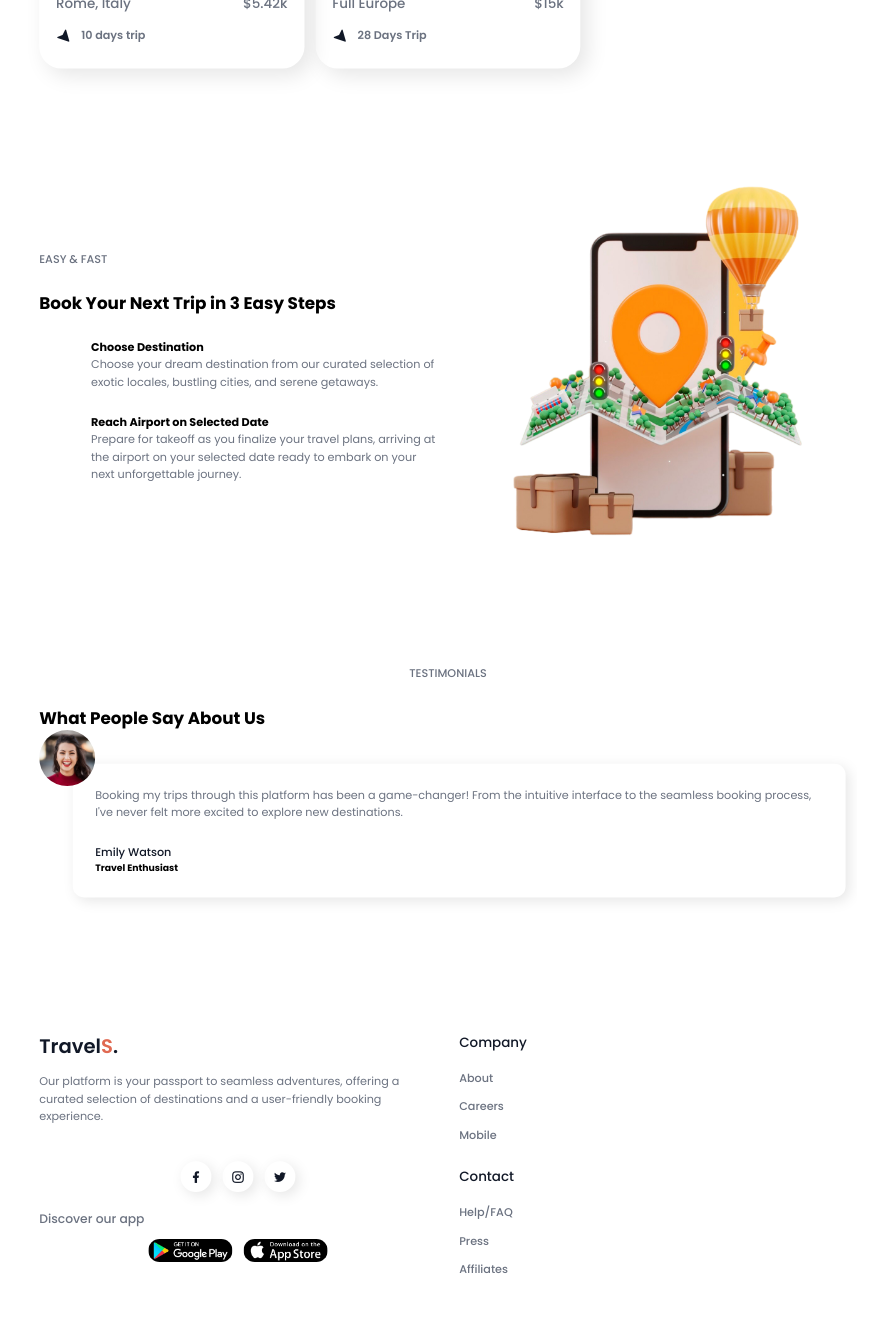
Repository: ntandomagana/travel-website
Page: index.html
These files come from the project's save history. The page is drawn as it stood at one moment and after a run of saves; the edit follows.
The browser window is 1280 px wide. The pictures show the part of the page from y = 2160 to 4080 px (the page is 4119 px tall), at 70% of full size.

Above is the page before, as saved 2024-05-07 14:40:09.

After the next 2 saves:
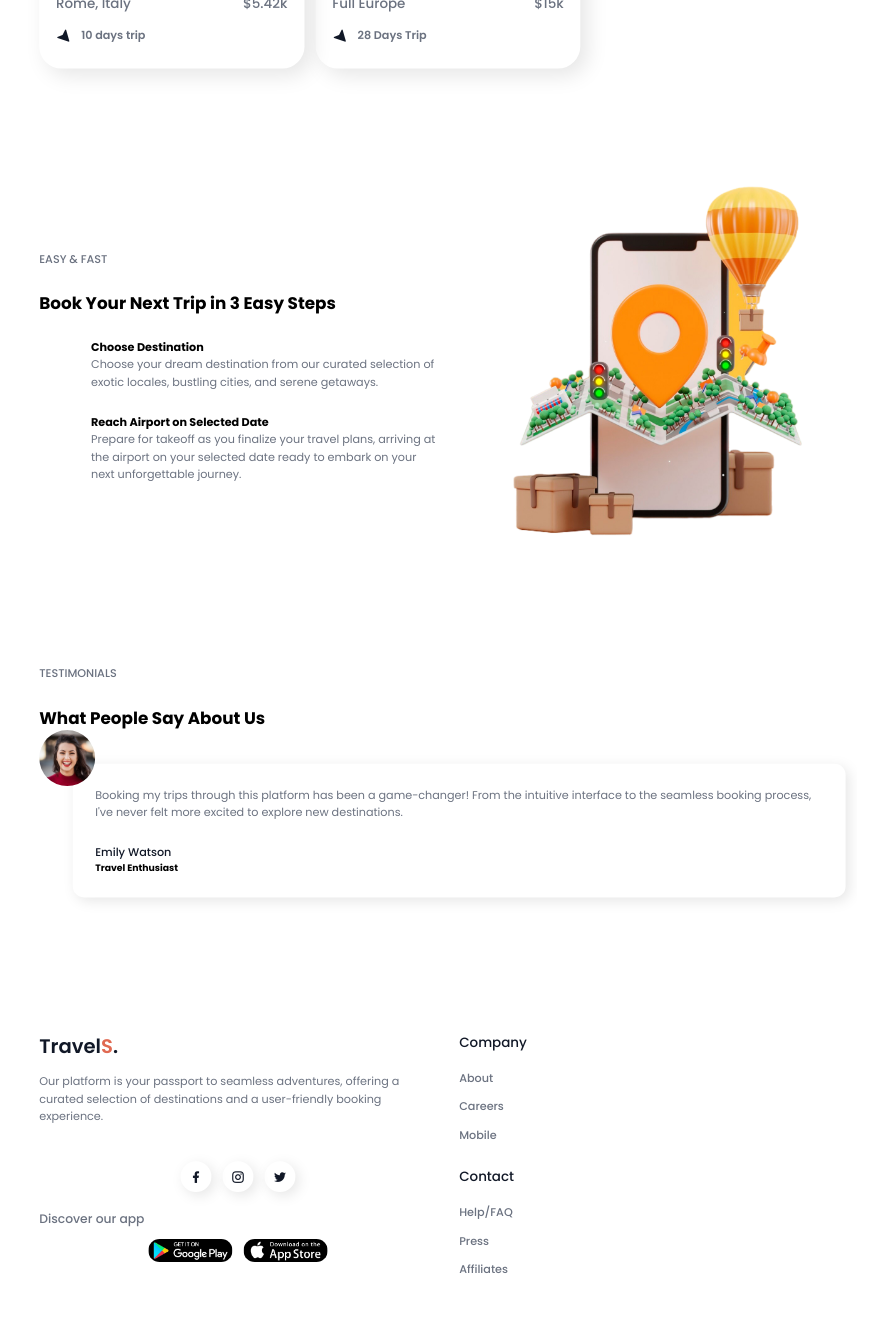
The 2 saves are shown as one change because they came seconds apart.
The last was saved 6 s later.
--- a/mediaqueries.css
+++ b/mediaqueries.css
@@ -96,7 +96,7 @@
     grid-template-columns: repeat(2, 1fr);
   }
 
-  .client-content :is(.section__subheader, .section__header) {
+  .client-content :is(.section-subheader, .section-header) {
     text-align: left;
   }
 
